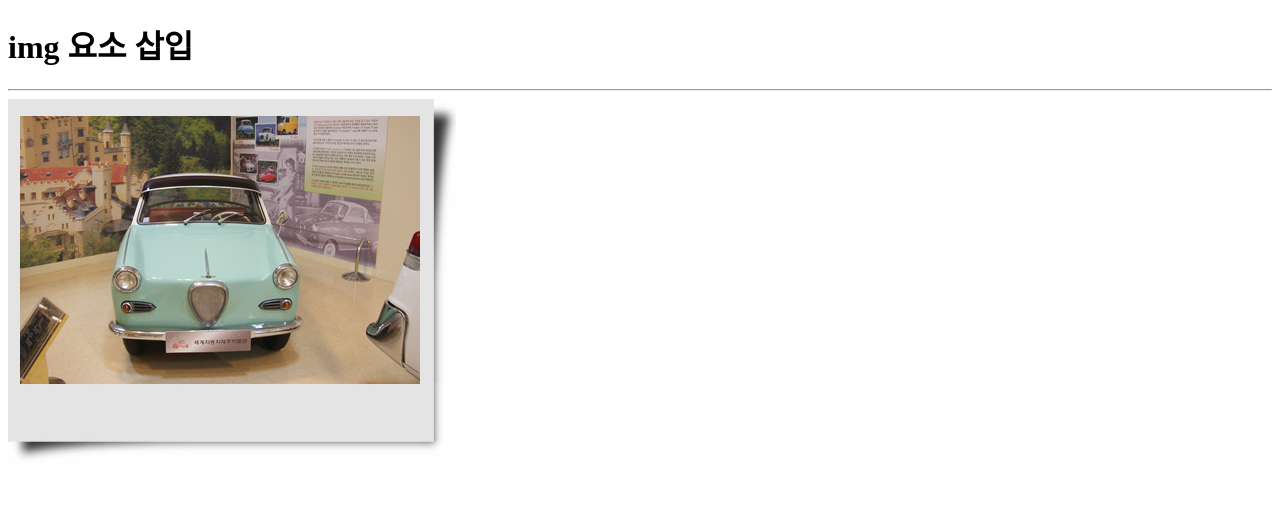
Repository: ghkdtpehd/java_html
Page: 01_HTML/src/main/webapp/Ex03.html
An editor plug-in stored every save of this project. The page is shown before and after the next save, followed by the edit.
The browser window is 1280 px wide. The pictures show the whole page.

Above is the page before, as saved 2021-06-28 01:29:51.

### 01_HTML/src/main/webapp/Ex03.html
<!DOCTYPE html>
<html>
<head>
<meta charset="UTF-8">
<title>Ex03</title>
</head>
<body>
	<h1>img 요소 삽입</h1>
	<hr>

	<div>
		<img src="images/car/car2.jpg">
	</div>
</body>
</html>

After the next save:
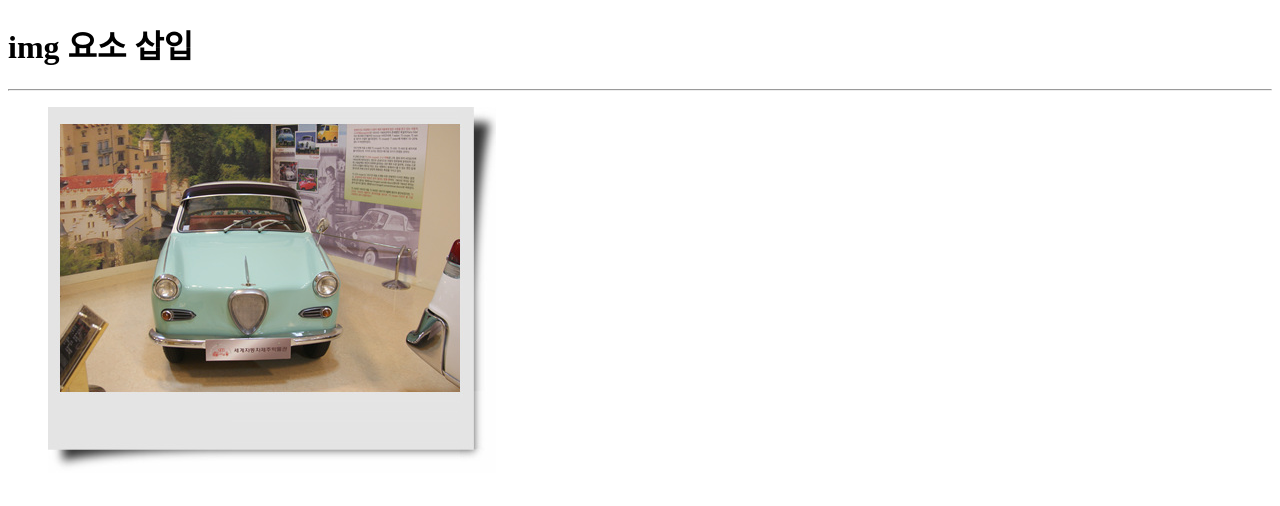
Saved 2 min 29 s later.
--- a/01_HTML/src/main/webapp/Ex03.html
+++ b/01_HTML/src/main/webapp/Ex03.html
@@ -9,7 +9,9 @@
 	<hr>
 
 	<div>
-		<img src="images/car/car2.jpg">
+		<figure>
+			<img src="images/car/car2.jpg">
+		</figure>
 	</div>
 </body>
 </html>
